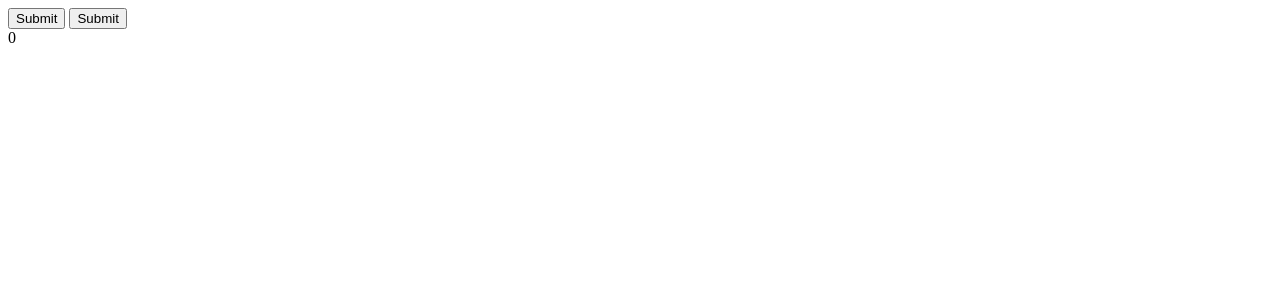
Repository: Rishika-Rachakonda/wtprac
Page: http://localhost/HelloWorld/counterjsp.jsp
An editor plug-in stored every save of this project. The page is shown before and after the next save, followed by the edit.
The browser window is 1280 px wide. The pictures show the whole page.
The page is served by Tomcat 10. Other server files are loaded and not shown.

Above is the page before, as saved 2024-07-09 07:43:48.

### newPrac/HelloWorld/src/main/webapp/counterjsp.jsp
<%@ page language="java" contentType="text/html; charset=UTF-8"
    pageEncoding="UTF-8"%>
 <%@ page import="beans.counter" %>
 <jsp:useBean id="c" class="beans.counter" scope="page" />
<!DOCTYPE html>
<html>
<head>
<meta charset="UTF-8">
<title>Insert title here</title>
</head>
<body>
<form action="counterjsp.jsp" method="get">

<input  type="submit" name="increment"/>
<input  type="submit" name="decrement"/>
</form>
<%
  if(request.getParameter("incerment")!=null){
	  c.inc();
  }
  else if(request.getParameter("decrement")!=null){
	  c.dec();
  }


%>

<%= c.val() %>
</body>
</html>

### newPrac/HelloWorld/src/main/java/beans/counter.java
package beans;

public class counter {
	public int c =0 ;
	public void inc() {
		c++;
	}
	public void dec()
	{
		c--;
	}
	public int val() {
		return c;
	}

}

After the next save:
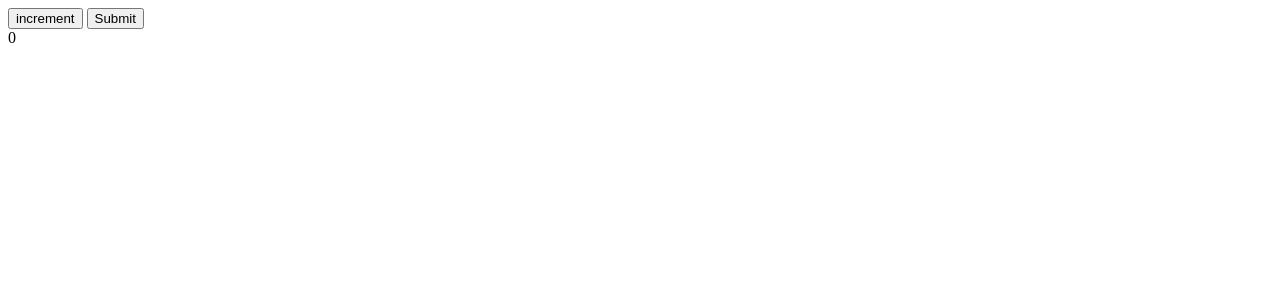
Saved 62 s later.
--- a/newPrac/HelloWorld/src/main/webapp/counterjsp.jsp
+++ b/newPrac/HelloWorld/src/main/webapp/counterjsp.jsp
@@ -9,9 +9,9 @@
 <title>Insert title here</title>
 </head>
 <body>
-<form action="counterjsp.jsp" method="get">
+<form action="counterjsp.jsp" method="post">
 
-<input  type="submit" name="increment"/>
+<input  type="submit" name="increment" value="increment"/>
 <input  type="submit" name="decrement"/>
 </form>
 <%
